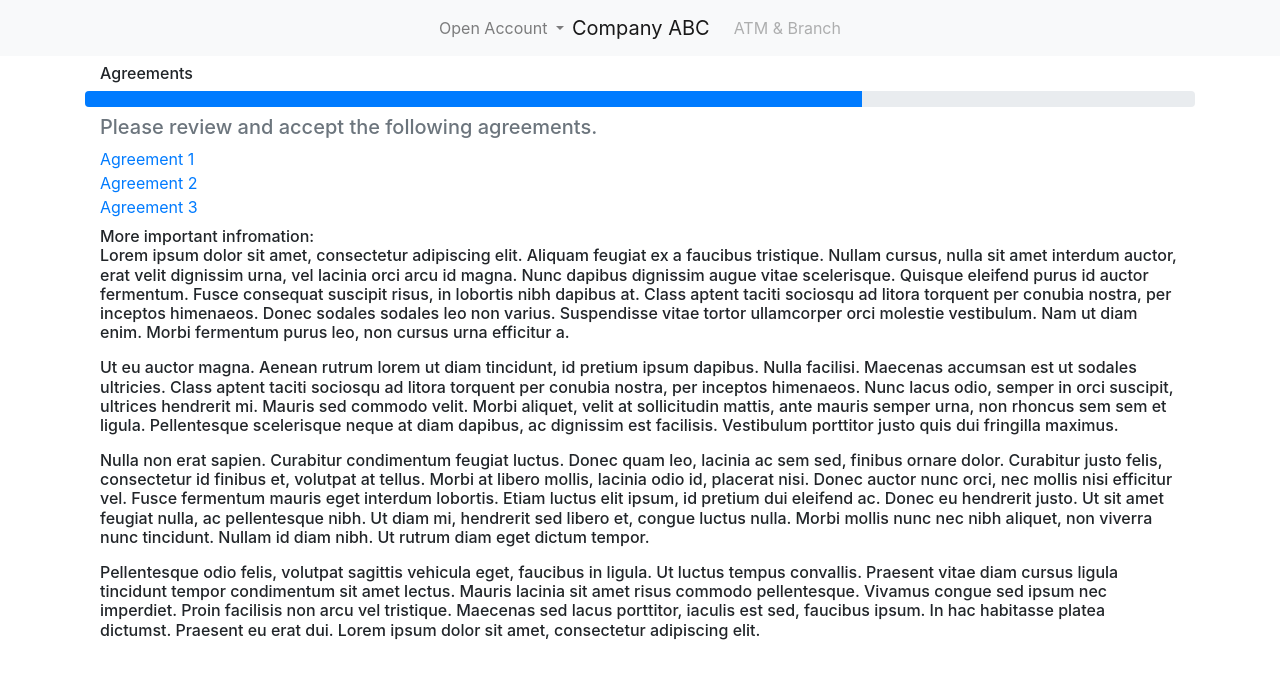
Repository: barriosan95/banking-opening-account-demo
Page: http://localhost/checking/application/customerInfo/finances/agreements
The author's editor kept a record of every edit. The page is drawn from the files as they stood at one moment, then again after the next edit.
The browser window is 1280 px wide. The pictures show the whole page.
Some web fonts or font styles are not loaded; a fallback is used. Some web libraries are served in a nearby version. The page is served by the project's Node server (index.js).

Above is the page before.

After the next edit:
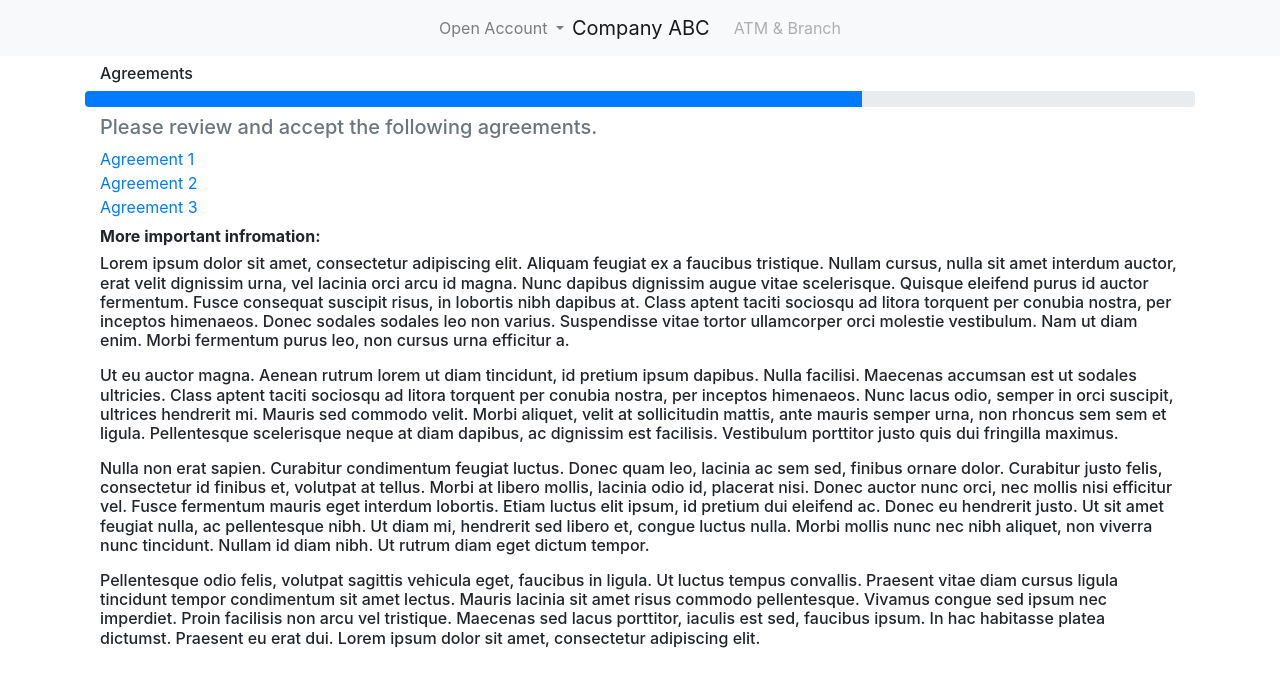
The edit:
--- a/views/agreement_app.ejs
+++ b/views/agreement_app.ejs
@@ -19,7 +19,7 @@
             <a href="#"> Agreement 3 </a>
         </div>
         <div class ="container mt-2 ">
-            <h6 class="mb-0"> More important infromation:<h6>
+            <h6 class="mb-2"> <b>More important infromation:</b><h6>
             <p>Lorem ipsum dolor sit amet, consectetur adipiscing elit. Aliquam feugiat ex a faucibus tristique. Nullam cursus, nulla sit amet interdum auctor, erat velit dignissim urna, vel lacinia orci arcu id magna. Nunc dapibus dignissim augue vitae scelerisque. Quisque eleifend purus id auctor fermentum. Fusce consequat suscipit risus, in lobortis nibh dapibus at.
             Class aptent taciti sociosqu ad litora torquent per conubia nostra, per inceptos himenaeos. Donec sodales sodales leo non varius.
             Suspendisse vitae tortor ullamcorper orci molestie vestibulum. Nam ut diam enim. Morbi fermentum purus leo, non cursus urna efficitur a. </p>
